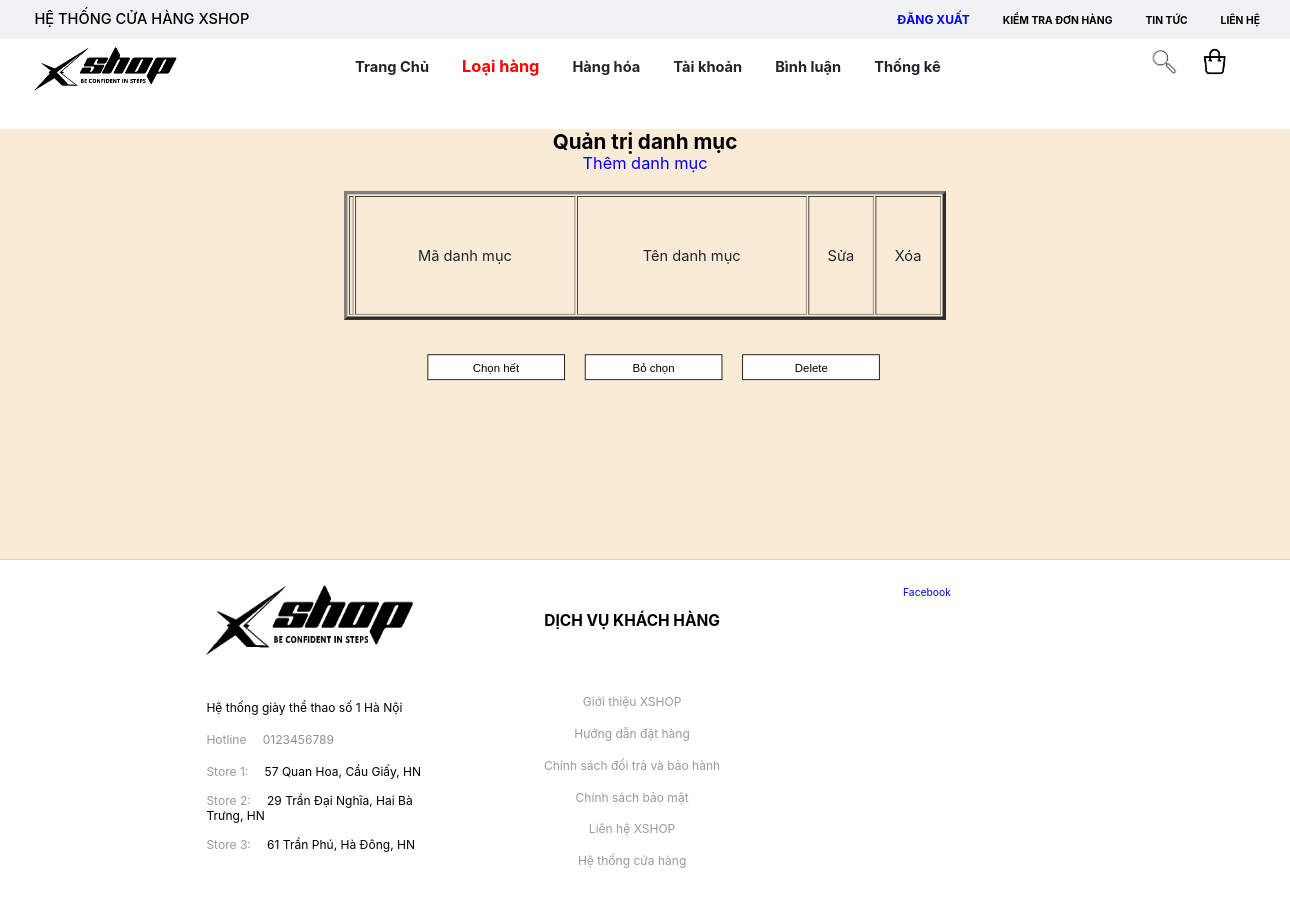
Repository: tienaq123/dam
Page: http://localhost/ass/ad/quantridanhmuc.php
The author's editor kept a copy of each file at every save. The page is drawn from the files as they stood at one save, then again after the next save.
The browser window is 1280 px wide. The page is 1500 px wide, so the pictures cover 1500 px, including what lies to the right of the window. The pictures show the whole page, at 86% of full size.
The page is run by PHP 8.4 with error messages shown; the project is at /var/www/html/. Queries for data that is not in the repository find no rows.

Above is the page before, as saved 2021-10-22 00:44:09.

After the next save:
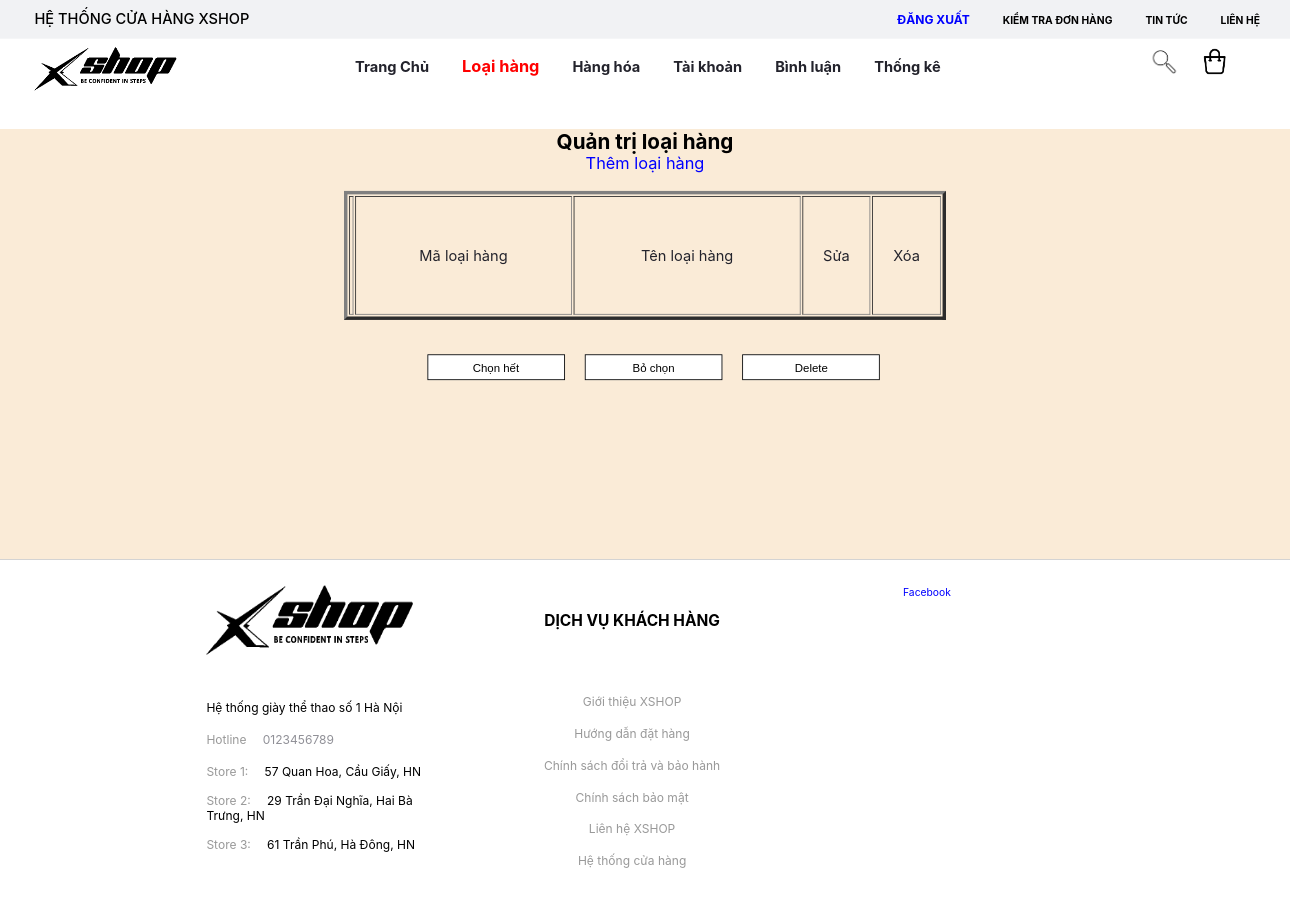
Saved 48 min 49 s later.
--- a/ad/quantridanhmuc.php
+++ b/ad/quantridanhmuc.php
@@ -5,7 +5,7 @@
     <meta charset="UTF-8">
     <meta http-equiv="X-UA-Compatible" content="IE=edge">
     <meta name="viewport" content="width=device-width, initial-scale=1.0">
-    <title>Quản trị danh mục</title>
+    <title>Quản trị loại hàng</title>
     <link rel="stylesheet" href="../css/qtdm.css">
 </head>
 
@@ -48,13 +48,13 @@
         <!-- END HEADER -->
 
         <main>
-            <h1>Quản trị danh mục</h1>
-            <a href="themdanhmuc.php" class="themdanhmuc">Thêm danh mục</a>
+            <h1>Quản trị loại hàng</h1>
+            <a href="themdanhmuc.php" class="themdanhmuc">Thêm loại hàng</a>
             <table border="4" style="text-align: center;">
                 <tr style="font-size: 17px; color:#23232c;">
                     <td></td>
-                    <td>Mã danh mục</td>
-                    <td>Tên danh mục</td>
+                    <td>Mã loại hàng</td>
+                    <td>Tên loại hàng</td>
                     <td>Sửa</td>
                     <td>Xóa</td>
                 </tr>
